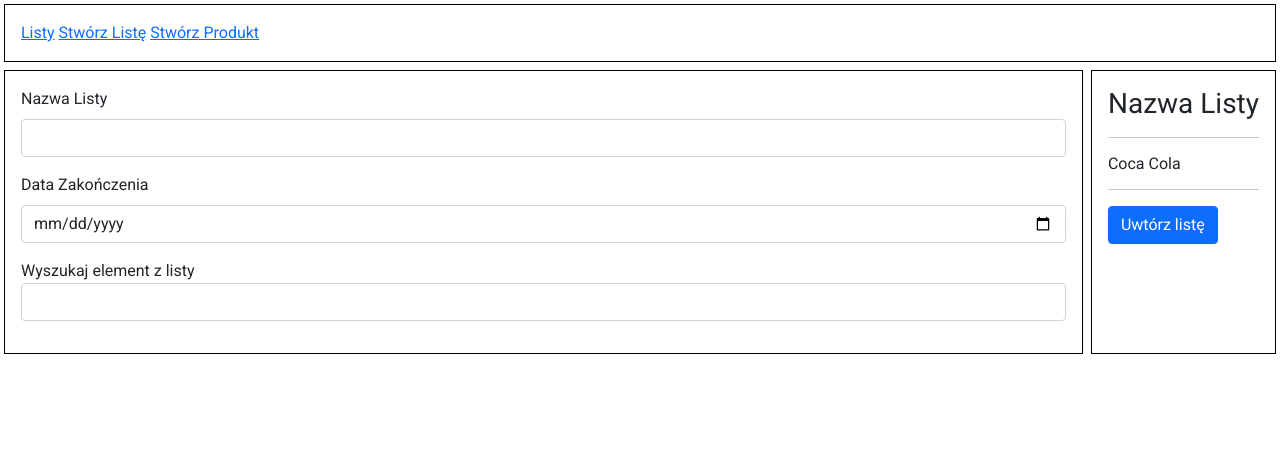
Repository: alphatra/Task-menager
Page: http://localhost/php/src/views/createList.php
These files come from the project's save history. The page is drawn as it stood at one moment and after the next save; the edit follows.
The browser window is 1280 px wide. The pictures show the whole page.
The page is run by PHP 8.4 with error messages shown; the project is at /var/www/html/.

Above is the page before, as saved 2023-02-05 23:58:23.

After the next save:
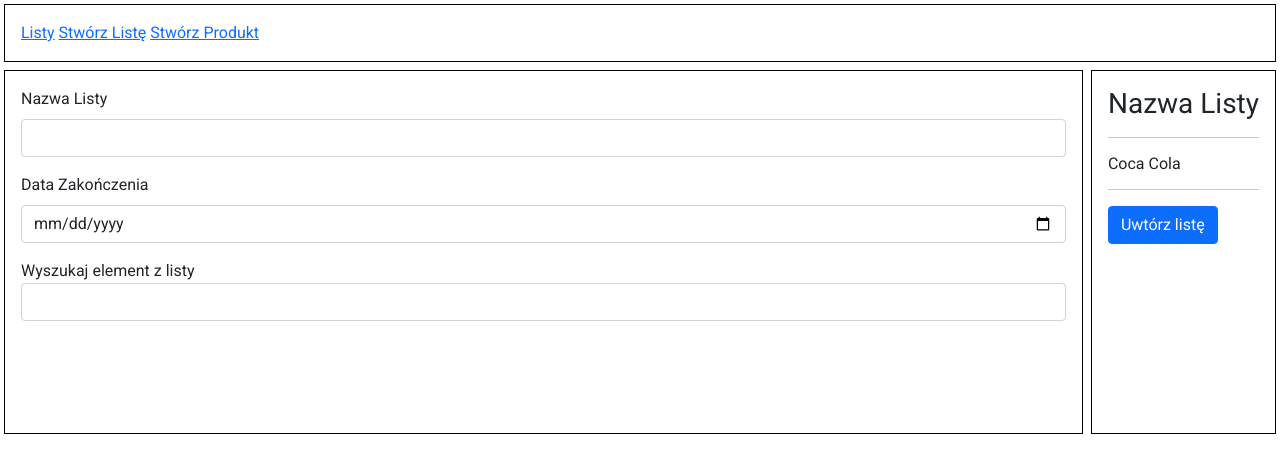
Saved 17 min 27 s later.
--- a/php/src/views/createList.php
+++ b/php/src/views/createList.php
@@ -34,6 +34,7 @@
                         <label for="listItem">Wyszukaj element z listy</label>
                         <input type="search" class="form-control" id="searchItem">
                     </div>
+                    <div id="objects" class="row m-0 mx-5 my-5"></div>
             </div>
             <div class="black-border flex-shrink-1 flex-grow-0">
                 <h3>Nazwa Listy</h3>
